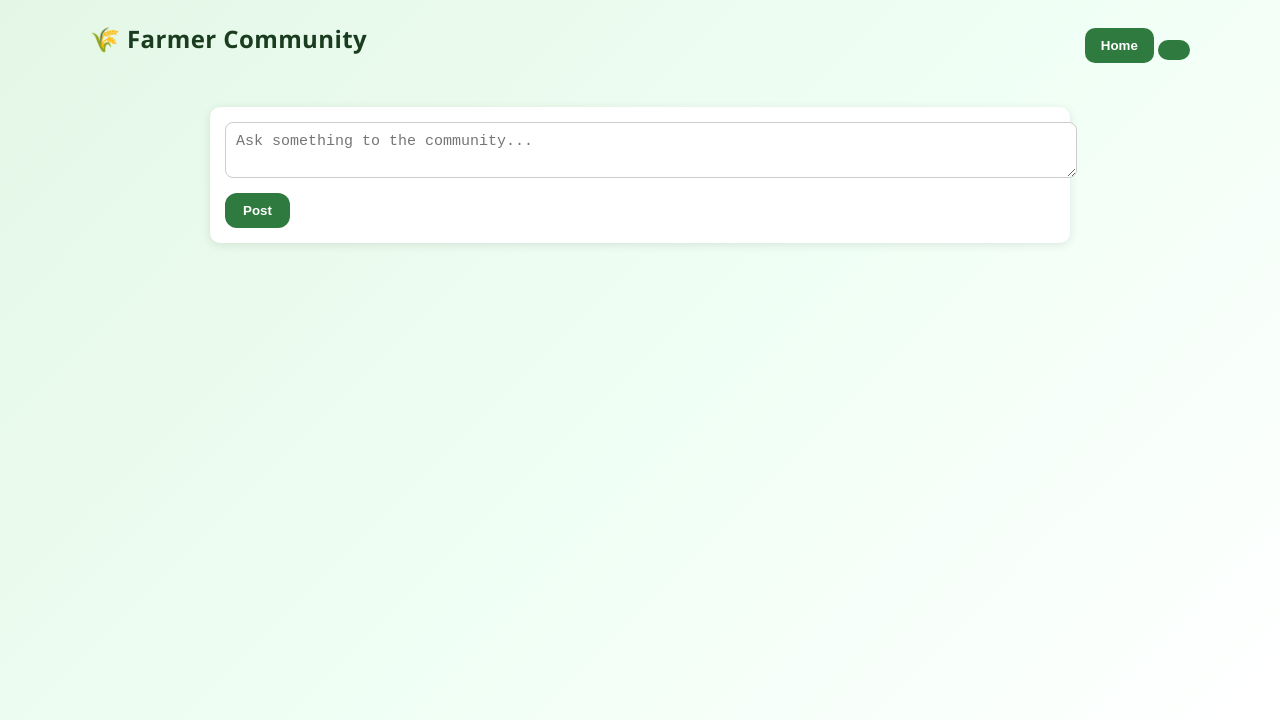
Repository: Desterhub/Agrogyanchatgpt
Page: agrogyan-gpt-main/frontend/community.html
An editor plug-in stored every save of this project. The page is shown before and after the next save, followed by the edit.
The browser window is 1280 px wide. The pictures show the whole page.

Above is the page before, as saved 2026-03-11 23:03:27.
Console error: TypeError: Cannot read properties of null (reading 'style')

### agrogyan-gpt-main/frontend/community.html
<!DOCTYPE html>
<html>

<head>
<title>Farmer Community</title>

<link rel="stylesheet" href="style.css">

<style>
    /* Community page tweaks (extends base styles in style.css) */
    .community-container {
        max-width: 860px;
        margin: 26px auto 64px;
        padding: 0 16px;
    }

    .post-box {
        transition: transform 0.2s ease, box-shadow 0.2s ease;
    }

    .post-box:hover {
        transform: translateY(-2px);
        box-shadow: 0 10px 28px rgba(0, 0, 0, 0.14);
    }

    .post-card {
        background: rgba(255, 255, 255, 0.95);
        padding: 18px;
        border-radius: 18px;
        margin-bottom: 18px;
        box-shadow: 0 10px 26px rgba(0, 0, 0, 0.1);
        border: 1px solid rgba(47, 122, 62, 0.12);
        transition: transform 0.2s ease, box-shadow 0.2s ease, opacity 0.2s ease;
        opacity: 0;
        animation: fadeInUp 0.34s forwards;
    }

    .post-card:hover {
        transform: translateY(-3px);
        box-shadow: 0 14px 34px rgba(0, 0, 0, 0.15);
    }

    .post-header {
        display: flex;
        justify-content: space-between;
        align-items: flex-start;
        gap: 14px;
    }

    .post-meta {
        font-size: 13px;
        color: #536e55;
        white-space: nowrap;
    }

    .post-actions {
        display: flex;
        gap: 10px;
        flex-wrap: wrap;
        margin-top: 16px;
    }

    .post-actions button {
        background: rgba(47, 122, 62, 0.1);
        border: 1px solid rgba(47, 122, 62, 0.25);
        color: #2f7a3e;
        padding: 8px 14px;
        border-radius: 12px;
        cursor: pointer;
        transition: background 0.2s ease, transform 0.2s ease;
    }

    .post-actions button:hover {
        background: rgba(47, 122, 62, 0.18);
        transform: translateY(-1px);
    }

    .comment {
        background: rgba(47, 122, 62, 0.08);
        border: 1px solid rgba(47, 122, 62, 0.12);
        padding: 10px 12px;
        border-radius: 12px;
        margin-top: 10px;
    }

    @keyframes fadeInUp {
        from {
            opacity: 0;
            transform: translateY(12px);
        }
        to {
            opacity: 1;
            transform: translateY(0);
        }
    }

    @media (max-width: 640px) {
        .top-bar {
            flex-wrap: wrap;
            gap: 10px;
            justify-content: center;
        }

        .top-actions {
            width: 100%;
            justify-content: center;
        }

        .community-container {
            padding: 0 14px;
        }

        .post-card {
            padding: 14px;
        }

        .post-actions {
            flex-direction: column;
            align-items: stretch;
        }

        .post-actions button {
            width: 100%;
        }
    }
</style>
</head>


<body>

<header class="top-bar">
    <div class="brand-left">
        🌾 Farmer Community
        <div id="welcomeUser" class="welcome-text"></div>
    </div>

    <div class="top-actions">
        <button class="nav-btn" onclick="goHome()">Home</button>
        <button id="authButton" class="nav-btn"></button>
    </div>
</header>


<main class="community-container">

    <section class="post-box">
        <textarea id="postContent" placeholder="Ask something to the community..."></textarea>
        <button class="primary-btn" onclick="createPost()">Post</button>
    </section>

    <div id="postsContainer"></div>

</main>


<script>

const API="http://127.0.0.1:8000";


async function createPost(){

let content=document.getElementById("postContent").value;

if(content.trim()==""){
alert("Write something first");
return;
}

await fetch(API+"/community/create-post",{
method:"POST",
headers:{
"Content-Type":"application/json"
},
body:JSON.stringify({
content:content,
user_id:1
})
});

document.getElementById("postContent").value="";

loadPosts();

}


async function loadPosts(){

let res=await fetch(API+"/community/posts");

let posts=await res.json();

let container=document.getElementById("postsContainer");

container.innerHTML="";

for(let post of posts){

let commentRes=await fetch(API+"/community/comments/"+post.id);
let comments=await commentRes.json();

let postDiv=document.createElement("div");

postDiv.className="post";

postDiv.innerHTML=`

<p>${post.content}</p>

<div class="timestamp">
${new Date(post.timestamp).toLocaleString()}
</div>

<div class="actions">

<button onclick="likePost(${post.id})">
👍 ${post.likes || 0}
</button>

<button onclick="dislikePost(${post.id})">
👎 ${post.dislikes || 0}
</button>

</div>

<div>

<input type="text" id="comment-${post.id}" placeholder="Write reply">

<button onclick="addComment(${post.id})">
Reply
</button>

</div>

<div id="comments-${post.id}">
${comments.map(c=>`<div class="comment">${c.text}</div>`).join("")}
</div>

`;

container.appendChild(postDiv);

}

}



async function likePost(id){

await fetch(API+"/community/like/"+id,{
method:"POST"
});

loadPosts();
}


async function dislikePost(id){

await fetch(API+"/community/dislike/"+id,{
method:"POST"
});

loadPosts();
}


async function addComment(id){

let text=document.getElementById("comment-"+id).value;

if(text.trim()=="") return;

await fetch(API+"/community/comment",{
method:"POST",
headers:{
"Content-Type":"application/json"
},
body:JSON.stringify({
post_id:id,
text:text
})
});

loadPosts();
}

function updateAuthButtons() {
    const user = localStorage.getItem("user");
    const loginBtn = document.getElementById("loginBtn");
    const logoutBtn = document.getElementById("logoutBtn");

    if (user) {
        loginBtn.style.display = "none";
        logoutBtn.style.display = "inline-block";
    } else {
        loginBtn.style.display = "inline-block";
        logoutBtn.style.display = "none";
    }
}

function goHome() {
    window.location.href = "index.html";
}

function goLogin() {
    window.location.href = "login.html";
}

function logoff() {
    localStorage.removeItem("user");
    window.location.href = "login.html";
}

updateAuthButtons();
loadPosts();

</script>

</body>
</html>

### agrogyan-gpt-main/frontend/style.css
body {
    margin: 0;
    font-family: 'Segoe UI', Arial, sans-serif;
    background: linear-gradient(135deg, #e4f7e6 0%, #f0fff5 55%, #ffffff 100%);
    min-height: 100vh;
    color: #1b3d1f;
}

.top-bar {
    width: 100%;
    max-width: 1100px;
    margin: 0 auto;
    padding: 18px 22px;
    display: flex;
    justify-content: space-between;
    align-items: center;
    gap: 18px;
}

.brand-left {
    font-size: 24px;
    font-weight: 800;
    letter-spacing: 0.4px;
}

.brand-left .welcome-text {
    font-size: 14px;
    margin-top: 4px;
    color: #2f7a3e;
}

.nav-btn {
    background: #2f7a3e;
    border: none;
    color: white;
    padding: 10px 16px;
    border-radius: 10px;
    cursor: pointer;
    font-weight: 600;
    transition: transform 0.15s ease, background 0.15s ease;
}

.nav-btn:hover {
    background: #256632;
    transform: translateY(-1px);
}

.primary-btn {
    background: #2f7a3e;
    border: none;
    color: white;
    padding: 10px 18px;
    border-radius: 12px;
    cursor: pointer;
    font-weight: 600;
    transition: transform 0.15s ease, background 0.15s ease;
}

.primary-btn:hover {
    background: #256632;
    transform: translateY(-1px);
}

.hero {
    max-width: 900px;
    margin: 18px auto 16px;
    text-align: center;
}

.hero .main-title {
    font-size: 46px;
    margin: 0;
    color: #1b3d1f;
}

.hero .subtitle {
    margin: 12px 0 4px;
    font-size: 18px;
    color: #2f7a3e;
}

.hero .subnote {
    font-size: 14px;
    color: #3a4f3a;
}

.chat-container {
    max-width: 850px;
    margin: 0 auto 52px;
    padding: 26px 22px;
    background: rgba(255,255,255,0.92);
    border-radius: 24px;
    box-shadow: 0 14px 34px rgba(0,0,0,0.12);
    border: 1px solid rgba(46,125,50,0.2);
}

.chat-container textarea {
    min-height: 160px;
    font-size: 16px;
    resize: vertical;
}

.image-upload {
    display: flex;
    align-items: center;
    gap: 12px;
    margin-top: 12px;
}

.image-upload input {
    flex: 1;
    padding: 10px;
    border-radius: 10px;
    border: 1px solid rgba(0,0,0,0.15);
    font-size: 14px;
}

.icon-btn {
    background: #edf7ee;
    border: 1px solid rgba(46,125,50,0.2);
    border-radius: 12px;
    padding: 10px 14px;
    cursor: pointer;
    transition: background 0.15s ease;
}

.icon-btn:hover {
    background: #d4efd7;
}

.controls {
    display: flex;
    justify-content: space-between;
    align-items: center;
    gap: 14px;
    margin-top: 18px;
    flex-wrap: wrap;
}

.left-controls {
    display: flex;
    gap: 12px;
    align-items: center;
}

.right-controls select {
    padding: 10px 12px;
    border-radius: 10px;
    border: 1px solid rgba(0,0,0,0.15);
    background: white;
}

.answer-box {
    margin-top: 24px;
    background: rgba(230,250,236,0.8);
    border-left: 4px solid #2f7a3e;
    border-radius: 14px;
    padding: 18px 18px 16px;
}

.answer-box h3 {
    margin: 0 0 10px;
    color: #1b3d1f;
}

.answer-box p {
    margin: 4px 0;
    line-height: 1.55;
    color: #2b4a2c;
}

#confidence {
    font-size: 14px;
    color: #3a5840;
    margin-top: 10px;
}

.login-wrapper {
    display:flex;
    justify-content:center;
    align-items:center;
    height:100vh;
}

.login-card {
    background:#ffffff;
    padding:30px;
    border-radius:12px;
    box-shadow:0 4px 14px rgba(0,0,0,0.12);
    width:320px;
    text-align:center;
}

.login-card input {
    width:100%;
    padding:10px;
    margin:8px 0;
    border-radius:6px;
    border:1px solid #ccc;
    box-sizing:border-box;
}

.login-btn-green {
    width:100%;
    padding:10px;
    background:#2f7a3e;
    color:#fff;
    border:none;
    border-radius:6px;
    cursor:pointer;
    font-size:16px;
}

.login-switch {
    margin-top:14px;
    font-size:14px;
    color:#333;
}

.register-link {
    color:#2f7a3e;
    text-decoration:underline;
    cursor:pointer;
}

.container{
    width:600px;
    margin:auto;
}

h1{
    text-align:center;
    color:#2f7a3e;
}

.post-box{
    background:white;
    padding:15px;
    border-radius:10px;
    box-shadow:0 2px 10px rgba(0,0,0,0.1);
    margin-bottom:20px;
}

textarea{
    width:100%;
    border-radius:8px;
    padding:10px;
    font-size:15px;
    border:1px solid #ccc;
}

button{
    margin-top:10px;
    padding:8px 18px;
    background:#2f7a3e;
    color:white;
    border:none;
    border-radius:6px;
    cursor:pointer;
}

button:hover{
    background:#256632;
}

.post-card{
    background:white;
    padding:15px;
    border-radius:10px;
    margin-bottom:15px;
    box-shadow:0 2px 10px rgba(0,0,0,0.08);
}

.post-header{
    font-size:14px;
    font-weight:bold;
    color:#2f7a3e;
    display:flex;
    justify-content:space-between;
    margin-bottom:8px;
}

.post-content{
    font-size:15px;
    margin-bottom:10px;
}

.post-actions{
    font-size:14px;
    color:#555;
    display:flex;
    gap:20px;
    cursor:pointer;
}

After the next save:
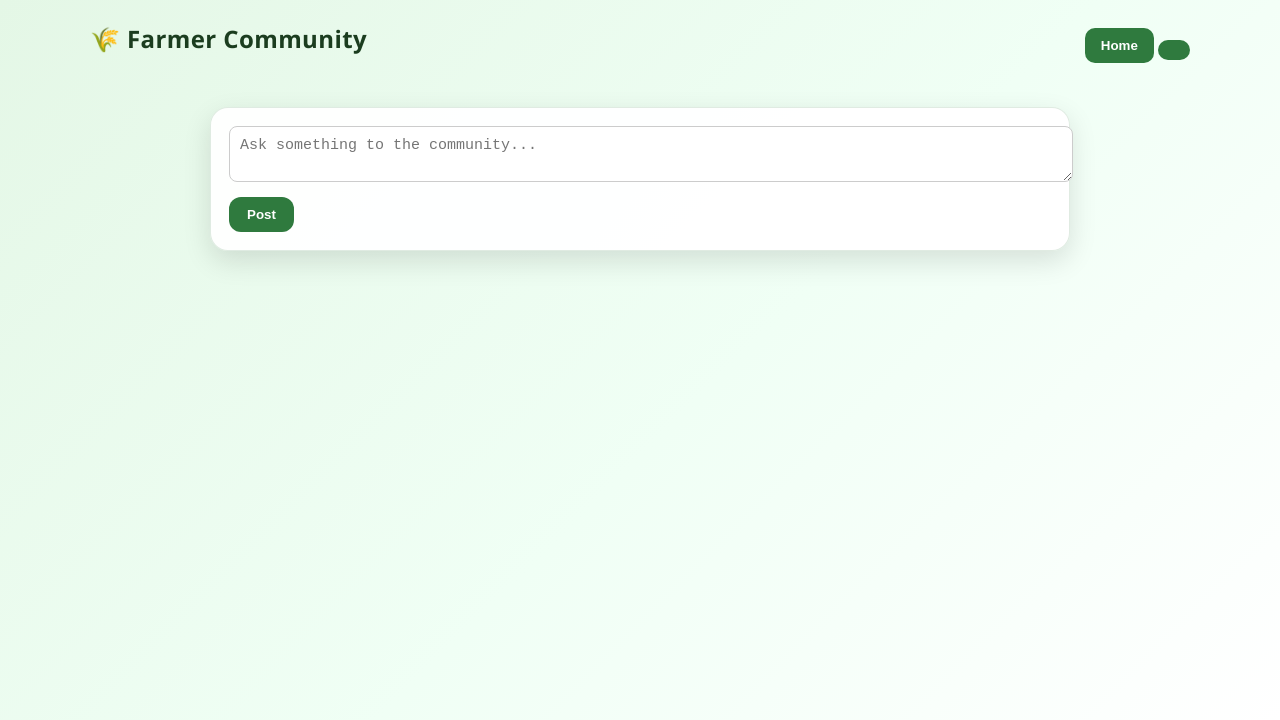
Saved 9 s later.
--- a/agrogyan-gpt-main/frontend/style.css
+++ b/agrogyan-gpt-main/frontend/style.css
@@ -234,11 +234,18 @@ h1{
 }
 
 .post-box{
-    background:white;
-    padding:15px;
-    border-radius:10px;
-    box-shadow:0 2px 10px rgba(0,0,0,0.1);
-    margin-bottom:20px;
+    background: rgba(255, 255, 255, 0.95);
+    padding: 18px;
+    border-radius: 18px;
+    box-shadow: 0 10px 28px rgba(0, 0, 0, 0.12);
+    border: 1px solid rgba(47, 122, 62, 0.15);
+    margin-bottom: 22px;
+    transition: transform 0.2s ease, box-shadow 0.2s ease;
+}
+
+.post-box:hover {
+    transform: translateY(-2px);
+    box-shadow: 0 14px 34px rgba(0, 0, 0, 0.14);
 }
 
 textarea{
